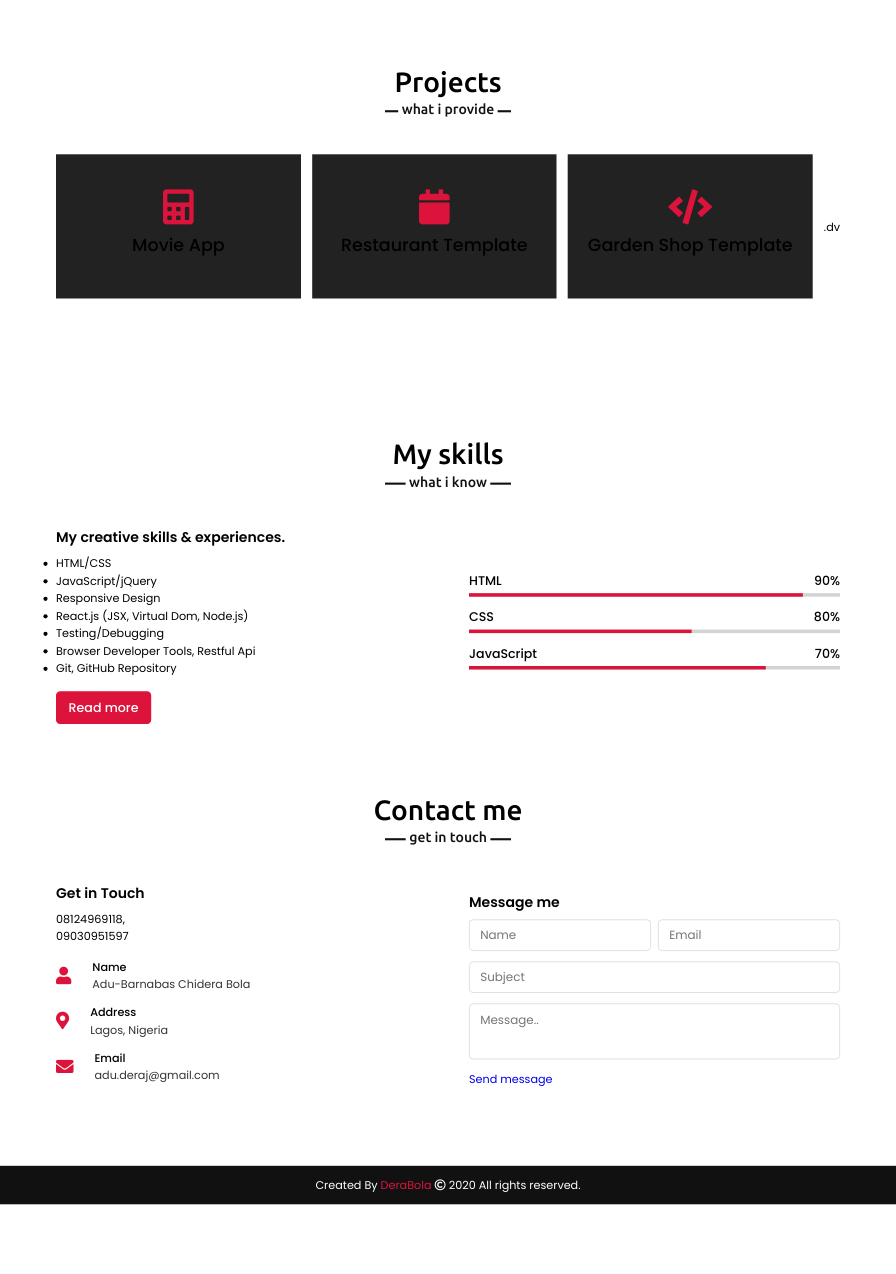
Repository: DeraBola/Portfolio
Page: index.html
These files come from the project's save history. The page is drawn as it stood at one moment and after a run of saves; the edit follows.
The browser window is 1280 px wide. The pictures show the part of the page from y = 1459 to 3379 px (the page is 3279 px tall before and 3379 px after), at 70% of full size.
Backgrounds fixed to the window are drawn as part of the page.

Above is the page before, as saved 2023-01-05 14:17:25.
Console error: ReferenceError: $ is not defined

After the next 3 saves:
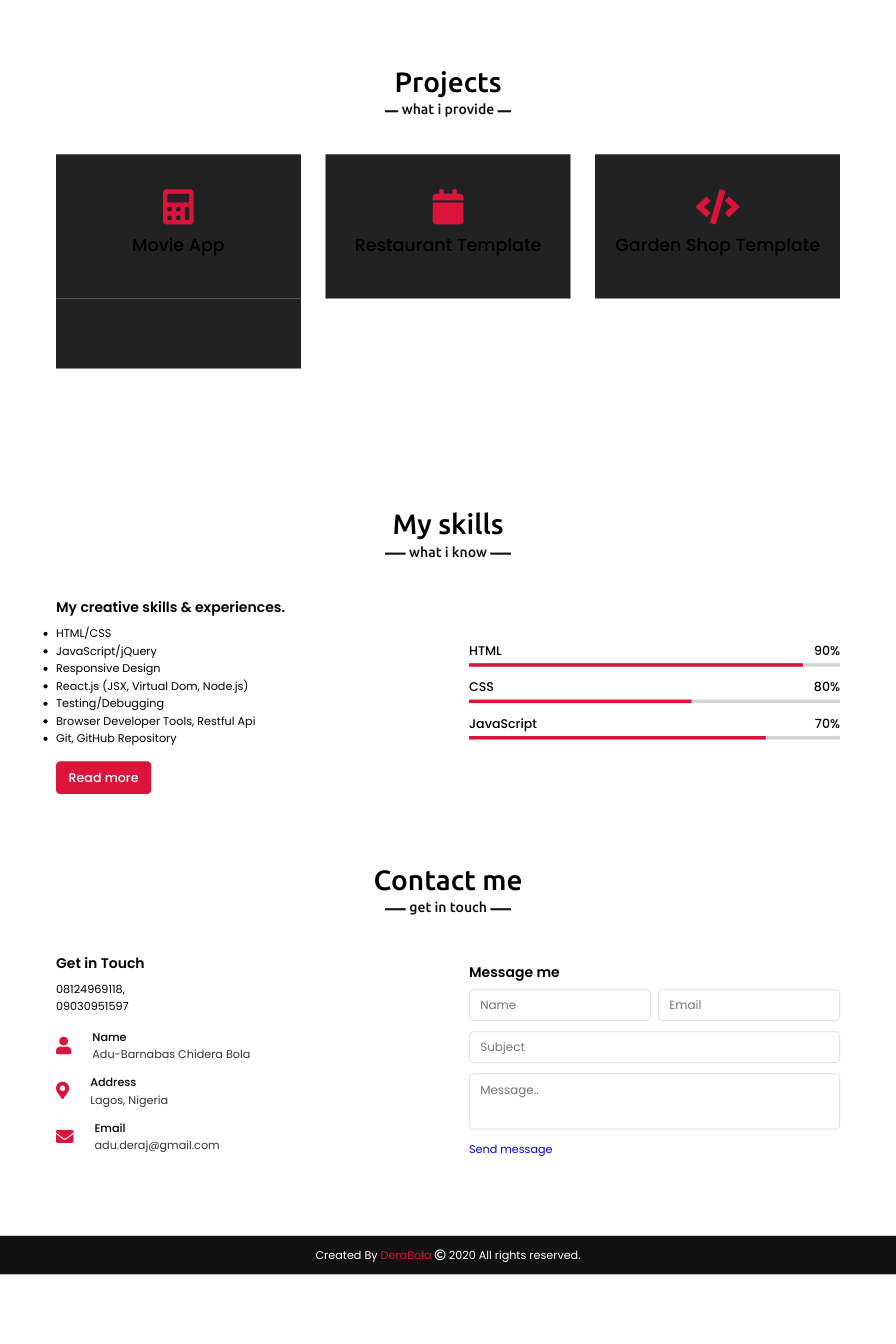
The 3 saves are shown as one change because they came seconds apart.
The last was saved 9 s later.
--- a/index.html
+++ b/index.html
@@ -96,7 +96,9 @@
                     </div>
                 </div>
 
-                .dv
+                <div class="card">
+
+                </div>
             </div>
         </div>
     </section>
